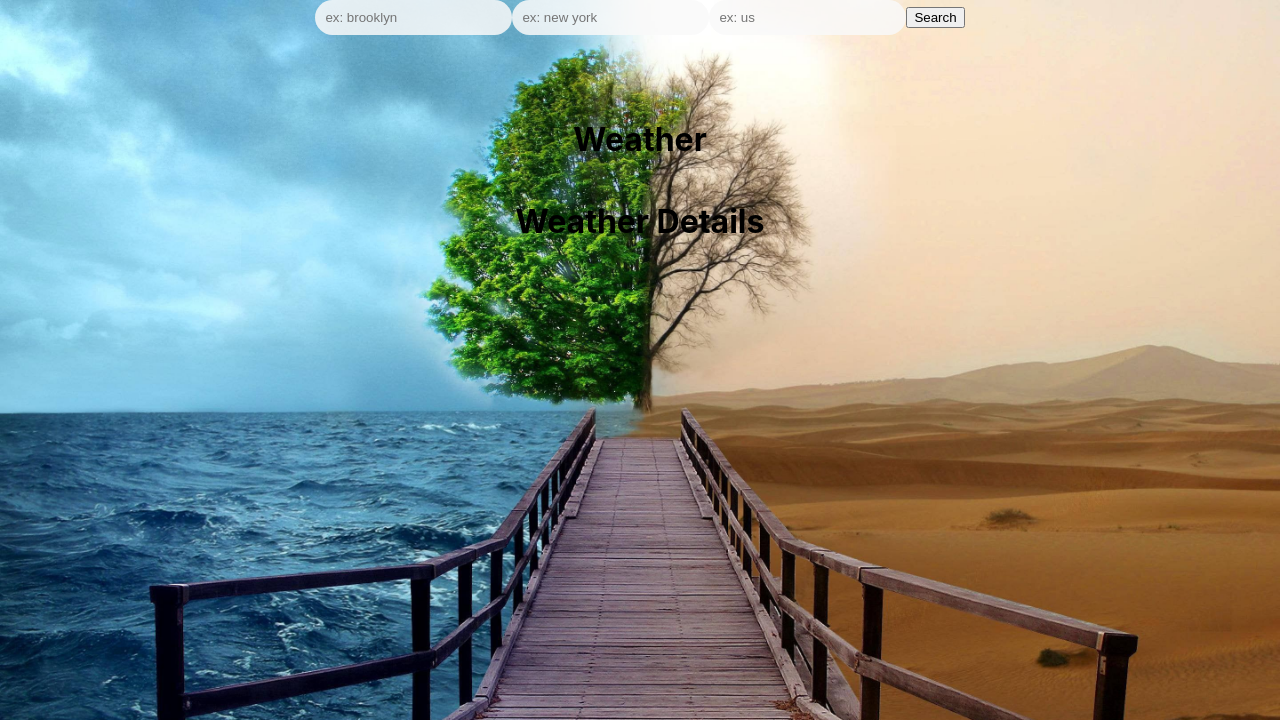
Repository: Mohsin231/Weather_App
Page: /
An editor plug-in stored every save of this project. The page is shown before and after the next save, followed by the edit.
The browser window is 1280 px wide. The pictures show the whole page.
The project was rebuilt for these pictures with package versions that can differ from the ones it lists, and the page was loaded fresh each time.

Above is the page before, as saved 2021-01-25 04:17:17.

After the next save:
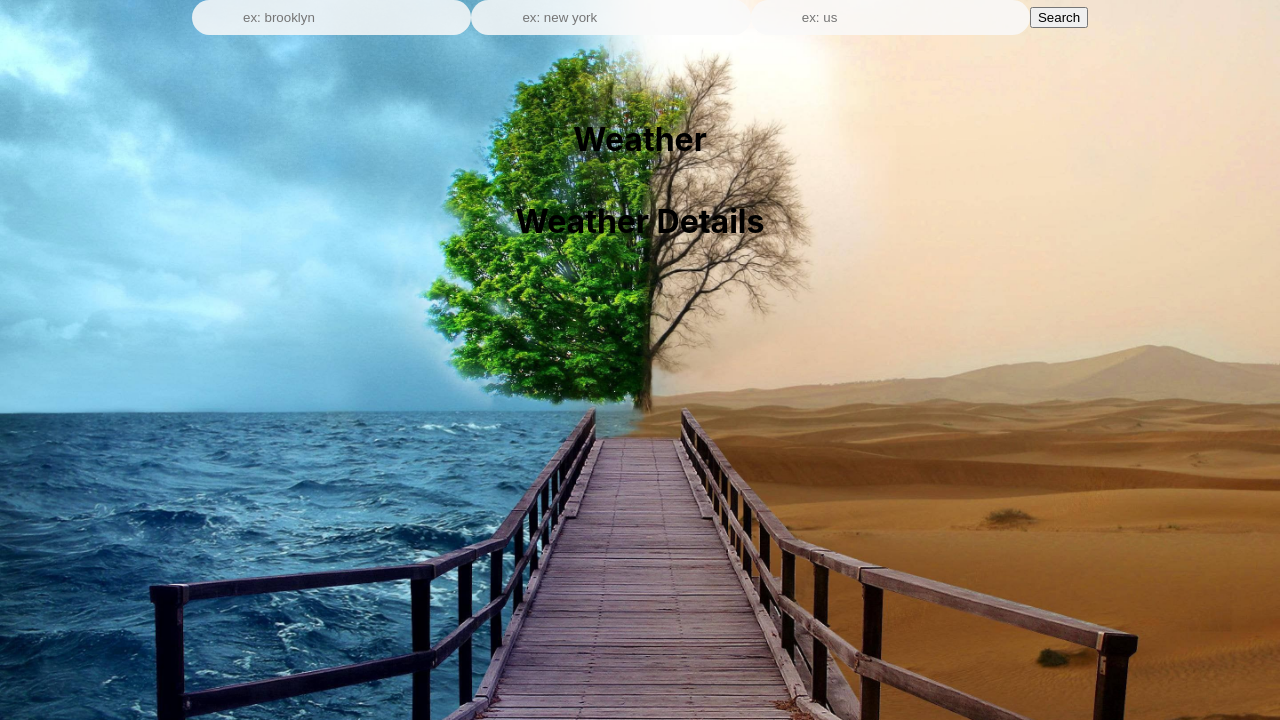
Saved 8 s later.
--- a/src/SearchForm.css
+++ b/src/SearchForm.css
@@ -1,6 +1,6 @@
 .search {
     outline: none;
-    padding: 10px;
+    padding: 10px 4%;
     border-radius: 20px;
     border: none;
     margin-bottom: 5%;
